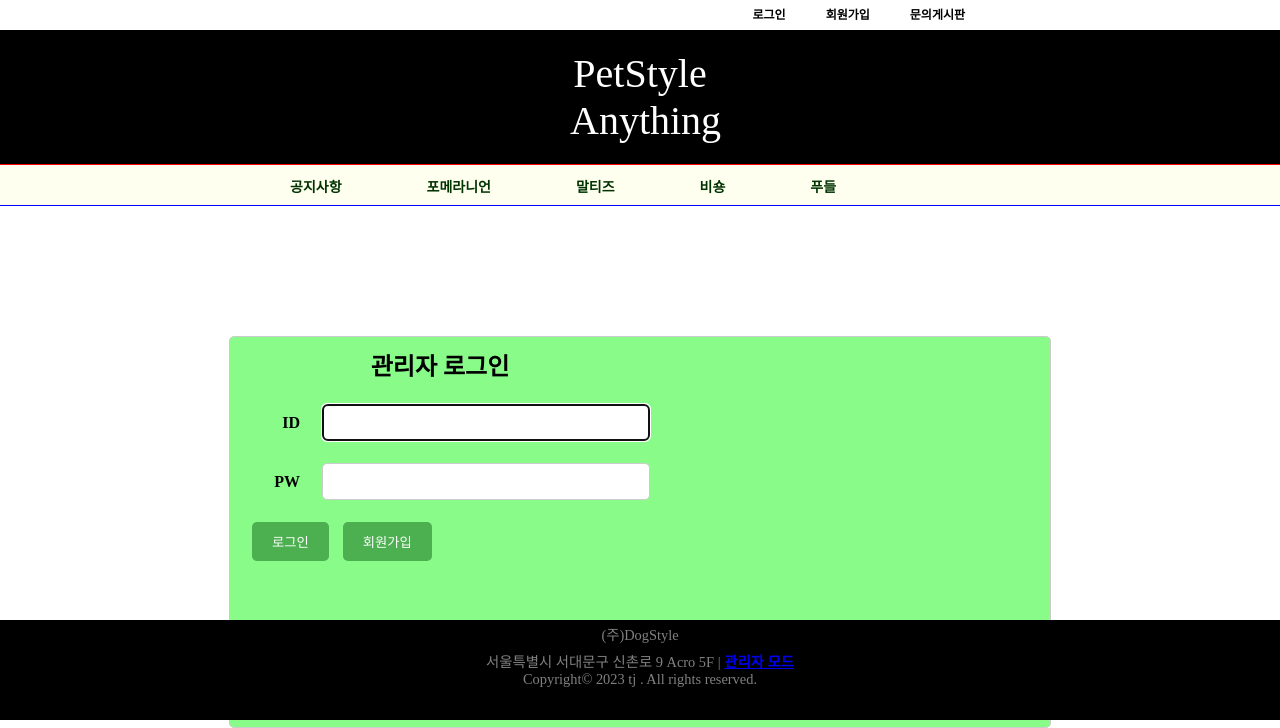
Repository: kdkk2000/Project
Page: http://localhost/petstyle/admin/adminLogin.jsp
These files come from the project's save history. The page is drawn as it stood at one moment and after the next save; the edit follows.
The browser window is 1280 px wide. The pictures show the whole page.
The page is served by Tomcat 9. Other server files are loaded and not shown. The template is opened directly, without the code that normally fills it, so the values that code supplies are empty.

Above is the page before, as saved 2023-03-29 06:42:28.

### petstyle/WebContent/admin/adminLogin.jsp
<%@ page language="java" contentType="text/html; charset=UTF-8"
    pageEncoding="UTF-8"%>
<%@ taglib prefix="c" uri="http://java.sun.com/jsp/jstl/core" %>
<%@ taglib prefix="fmt" uri="http://java.sun.com/jsp/jstl/fmt"%>
<c:set var="conPath" value="${pageContext.request.contextPath }"/>
<!DOCTYPE html>
<html>
<head>
	<meta charset="UTF-8">
	<title>Insert title here</title>
	<link href="${conPath }/css/login.css" rel="stylesheet">
	<style>
		#content_form {
			height:370px;
			margin: 130px auto 0px;
			width: 800px;
		}
	</style>
</head>
<body>
	<c:if test="${not empty admin }">
		<script>
			alert('이미 관리자 모드로 들어오셨습니다');
			location.href='${conPath }/main.do';
		</script>
	</c:if>
	<c:if test="${not empty user }">
		<script>
			alert('사용자는 접근할 수 없는 화면입니다.');
			history.back();
		</script>
	</c:if>
	<jsp:include page="../main/header.jsp"/>
	<div id="content_form">
		<form action="${conPath }/adminLogin.do" method="post">
			<table>
			<caption>관리자 로그인</caption>
			<tr>
				<th>ID</th>
				<td><input type="text" name="adminId" required="required" autofocus="autofocus"></td>
			</tr>
			<tr>
				<th>PW</th>
				<td><input type="password" name="adminPw" required="required"></td>
			</tr>
			<tr>
				<td colspan="2">
						<input type="submit" value="로그인" class="btn">
						<input type="button" value="회원가입" class="btn"
									onclick="location='${conPath}/adminJoinView.do'">
				</td>
			</tr>
		</table>
		</form>
	</div>
	<jsp:include page="../main/footer.jsp"/>
</body>
</html>

### petstyle/WebContent/main/header.jsp
<%@ page language="java" contentType="text/html; charset=UTF-8"
    pageEncoding="UTF-8"%>
<%@taglib prefix="c" uri="http://java.sun.com/jsp/jstl/core"%>
<%@taglib prefix="fmt" uri="http://java.sun.com/jsp/jstl/fmt" %>
<c:set var="conPath" value="${pageContext.request.contextPath }"/>
<!DOCTYPE html>
<html>
<head>
	<meta charset="UTF-8">
	<title>Insert title here</title>
<style>
	*{padding:0; margin: 0;}
	header {
		background-color: black; font-size: 10pt; color: white;
	}
	header a {text-decoration: none; font-weight: bold;}
	header li {list-style: none;}
	header .gnb {
	    width: 100%;
	    background-color: white;
	    margin-left: auto;
	}
	header .gnb ul {
		overflow: hidden;
		width:700px;
		height: 30px;
		line-height: 30px;
		margin: 0 auto;
	}
	header .gnb ul li {	float: right; margin-right:10px;}
	header .gnb a {
		color : black;
		font-size: 0.9em;
		display: block;
		padding-left:15px;
		padding-right:15px;
	}
	header .gnb a:hover {
		font-size: 1.2em;
  		background-color: black;
  		color: white;
	}

	header .logo{
		width:140px; text-align:center;
		margin: 20px auto; font-size:3em;
		cursor: pointer;
	}
	header .lnb {
		background-color: ivory;
	  	width: 100%; height: 40px;
	  	border-top: 1px solid red;
		border-bottom: 1px solid blue;
		position:relative; /*서브메뉴가 main영역 위로 */
	}
	header .lnb ul{
		text-align:center;
		overflow: hidden;
		width:800px;
		margin: 0 auto;
	}
	header .lnb ul>li {
		font-weight: bold;
		font-size: 14px;
		margin: 5px;
		margin-left: 20px;
		float:left;
		padding:5px 30px;
		line-height: 25px;
	}
	header .lnb li:hover {
  		background-color: black;
  		color: white;
	}
	header .lnb a {
		color : white;
		font-size: 0.9em;
		display: block;
		padding-left:15px;
		padding-right:15px;
	}
	header .lnb a:hover {
  		background-color: yellow;
  		color: black;
	}
	header .lnb li {color: #003300;}
	header .lnb ul li .subMenu {display:none;}
	header .lnb ul li:hover .subMenu {display: block; margin: 10px 0 0 0;}
</style>
</head>
<body>
<header>
	<c:if test="${empty user and empty admin}"> <%-- 로그인 전 화면 --%>
		<div class="gnb">
			<ul>
				<li><a href="${conPath }/boardList.do">문의게시판</a></li>
				<li><a href="${conPath }/joinView.do">회원가입</a></li>
				<li><a href="${conPath }/loginView.do">로그인</a></li>
			</ul>
		</div>
		<div class="logo" onclick="location.href='${conPath}/main.do'">
			PetStyle Anything
		</div>
		<div class="lnb">
			<ul>
				<li>공지사항
					<ol class="subMenu">
						<li><a href="${conPath }/noticeList.do">공지사항</a></li>
					</ol>
				</li>
				<li>포메라니언
					<ol class="subMenu">
						<li><a href="../fileBoardUp/dog.jpg">곰돌이컷</a></li>
						<li><a href="#">물개컷</a></li>
						<li><a href="#">포메컷</a></li>
						<li><a href="#">라이언컷</a></li>
						<li><a href="#">풀코트</a></li>
					</ol>
				</li>
				<li>말티즈
					<ol class="subMenu">
						<li><a href="#">알밤컷</a></li>
						<li><a href="#">곰돌이컷</a></li>
						<li><a href="#">베이비컷 </a></li>
						<li><a href="#">무스타슈 </a></li>
					</ol>
				</li>
				<li>비숑
					<ol class="subMenu">
						<li><a href="#">하이바컷</a></li>
						<li><a href="#">귀툭튀컷</a></li>
					</ol>
				</li>
				<li>푸들
					<ol class="subMenu">
						<li><a href="#">양컷</a></li>
						<li><a href="#">몽키컷</a></li>
						<li><a href="#">브로콜리컷</a></li>
						<li><a href="#">테디베어컷</a></li>
						<li><a href="#">귀똑컷</a></li>
					</ol>
				</li>
			</ul>
		</div>
	</c:if>
	<c:if test="${not empty user and empty admin}"> <%-- 사용자 모드 로그인 화면--%>
		<div class="gnb">
			<ul>
				<li><a href="${conPath }/boardList.do">문의게시판</a></li>
				<li><a href="${conPath }/logout.do">로그아웃</a></li>
				<li><a href="${conPath }/modifyView.do">정보수정</a></li>
				<li><a>${user.userName }님 &nbsp; ▶</a></li>
			</ul>
		</div>
		<div class="logo" onclick="location.href='${conPath}/main.do'">
			PetStyle Anything
		</div>
		<div class="lnb">
			<ul>
				<li>공지사항
					<ol class="subMenu">
						<li><a href="${conPath }/noticeList.do">공지사항</a></li>
					</ol>
				</li>
				<li>포메라니언
					<ol class="subMenu">
						<li><a href="#">곰돌이컷</a></li>
						<li><a href="#">물개컷</a></li>
						<li><a href="#">포메컷</a></li>
						<li><a href="#">라이언컷</a></li>
						<li><a href="#">풀코트컷</a></li>
					</ol>
				</li>
				<li>말티즈
					<ol class="subMenu">
						<li><a href="#">알밤컷</a></li>
						<li><a href="#">곰돌이컷</a></li>
						<li><a href="#">베이비컷 </a></li>
						<li><a href="#">무스타슈컷 </a></li>
					</ol>
				</li>
				<li>비숑
					<ol class="subMenu">
						<li><a href="#">하이바컷</a></li>
						<li><a href="#">귀툭튀컷</a></li>
					</ol>
				</li>
				<li>푸들
					<ol class="subMenu">
						<li><a href="#">양컷</a></li>
						<li><a href="#">몽키컷</a></li>
						<li><a href="#">브로콜리컷</a></li>
						<li><a href="#">테디베어컷</a></li>
						<li><a href="#">귀똑컷</a></li>
					</ol>
				</li>
			</ul>
		</div>
	</c:if>
	<c:if test="${empty user and not empty admin}"> <%-- 관리자 모드 로그인 화면--%>
		<div class="gnb">
			<ul>
				<li><a href="${conPath }/boardList.do">문의게시판</a></li>
				<li><a href="${conPath }/logout.do">관리자모드나가기</a></li>
				<li><a href="${conPath }/adminModify.do">정보수정</a></li>
				<li><a>${admin.adminName }님 &nbsp; ▶</a></li>
			</ul>
		</div>
		<div class="logo" onclick="location.href='${conPath}/main.do'">
			PetStyle Anything
		</div>
		<div class="lnb">
			<ul>
				<li>공지사항
					<ol class="subMenu">
						<li><a href="${conPath }/noticeList.do">공지사항</a></li>
					</ol>
				</li>
				<li>회원 리스트
					<ol class="subMenu">
						<li><a href="${conPath }/allUser.do">회원 리스트</a></li>
					</ol>
				</li>
				<li>관리자 메모장
					<ol class="subMenu">
						<li><a href="#">관리자 메모장</a></li>
					</ol>
				</li>
			</ul>
		</div>
	</c:if>
</header>
</body>
</html>

### petstyle/WebContent/main/footer.jsp
<%@ page language="java" contentType="text/html; charset=UTF-8"
    pageEncoding="UTF-8"%>
<%@taglib prefix="c" uri="http://java.sun.com/jsp/jstl/core"%>
<%@taglib prefix="fmt" uri="http://java.sun.com/jsp/jstl/fmt" %>
<c:set var="conPath" value="${pageContext.request.contextPath }"/>
<!DOCTYPE html>
<html>
<head>
<meta charset="UTF-8">
<title>Insert title here</title>
	<style>
	footer {
		position: fixed;
		bottom: 0;
		height: 100px;
		background-color: black;
		width: 100%;
	}

	#footer_conts {
		color: gray;
		font-size: 0.9em;
		text-align: center;
		margin: 0 auto;
		width: 80%;
	}

	#footer_conts p:first-child {
		height: 30px;
		line-height: 30px;
	}
</style>
</head>
<body>
	<footer>
		<div id="footer_conts">
			<p>(주)DogStyle</p>
			<p>서울특별시 서대문구 신촌로 9 Acro 5F | <b><a href="${conPath }/adminLoginView.do">관리자 모드</a></b></p>
			<p>Copyright© 2023 tj . All rights reserved.</p>
		</div>
	</footer>
</body>
</html>

### petstyle/WebContent/css/login.css
@charset "UTF-8";

#content_form {
  width: 150px;
  padding: 10px;
  background-color: #89FB89;
  color: black;
  border: 1px solid #ccc;
  border-radius: 5px;
}

form table {
  width: 50%;
}

form table caption {
  font-size: 1.5em;
  font-weight: bold;
  margin-bottom: 10px;
}

form table th {
  text-align: right;
  padding: 10px;
}

form table td {
  padding: 10px;
}

form table input[type="text"],
form table input[type="password"] {
  width: 100%;
  padding: 10px;
  border-radius: 5px;
  border: 1px solid #ccc;
}

form table input[type="submit"],
form table input[type="button"] {
  margin-right: 10px;
  padding: 10px 20px;
  border-radius: 5px;
  border: none;
  background-color: #4CAF50;
  color: #fff;
  cursor: pointer;
}

form table input[type="submit"]:hover,
form table input[type="button"]:hover {
  background-color: #3e8e41;
}

After the next save:
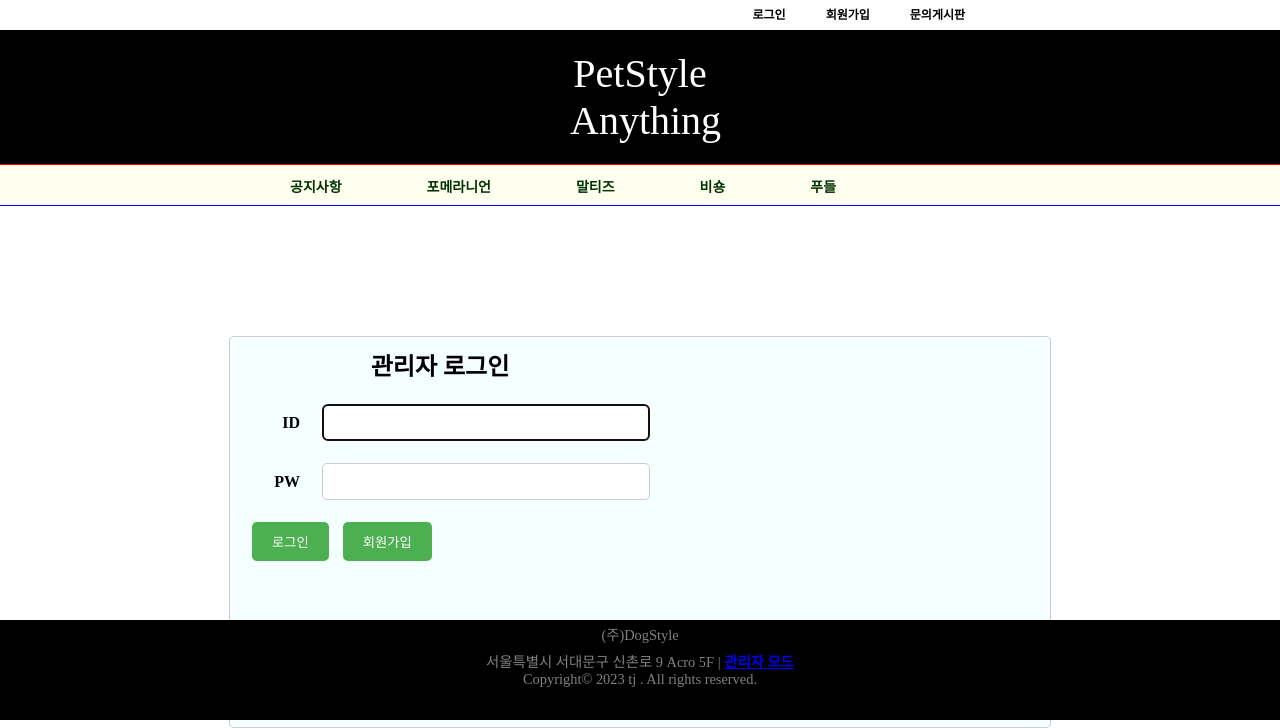
Saved 22 s later.
--- a/petstyle/WebContent/css/login.css
+++ b/petstyle/WebContent/css/login.css
@@ -3,7 +3,7 @@
 #content_form {
   width: 150px;
   padding: 10px;
-  background-color: #89FB89;
+  background-color: #F4FFFF;
   color: black;
   border: 1px solid #ccc;
   border-radius: 5px;
